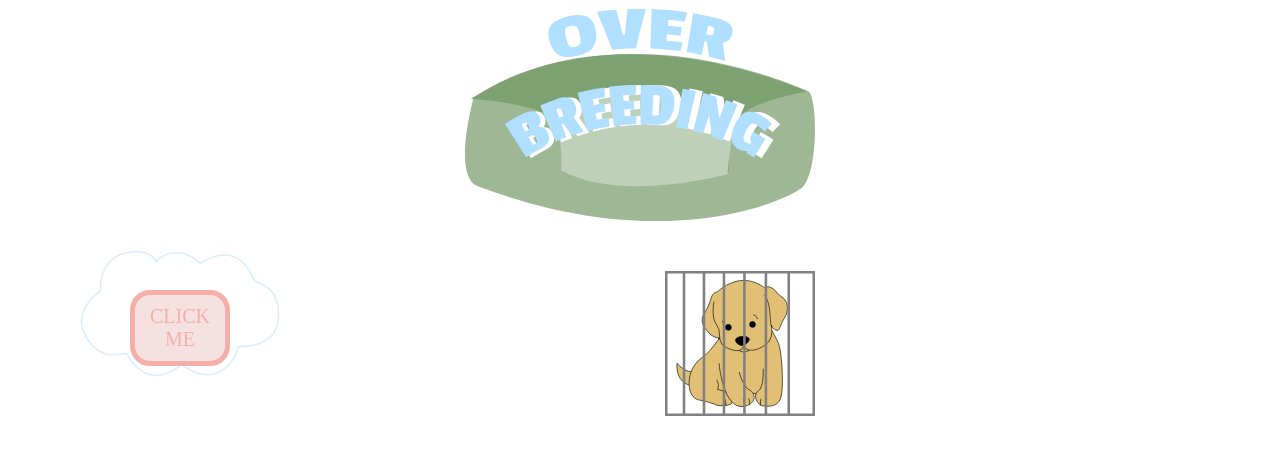
Repository: SoleilDagneau/MDIA2109Midterm
Page: index.html
An editor plug-in stored every save of this project. The page is shown before and after a run of saves, followed by the edit.
The browser window is 1280 px wide. The pictures show the whole page.
Some web fonts or font styles are not loaded; a fallback is used.

Above is the page before, as saved 2022-03-02 20:55:39.

After the next 2 saves:
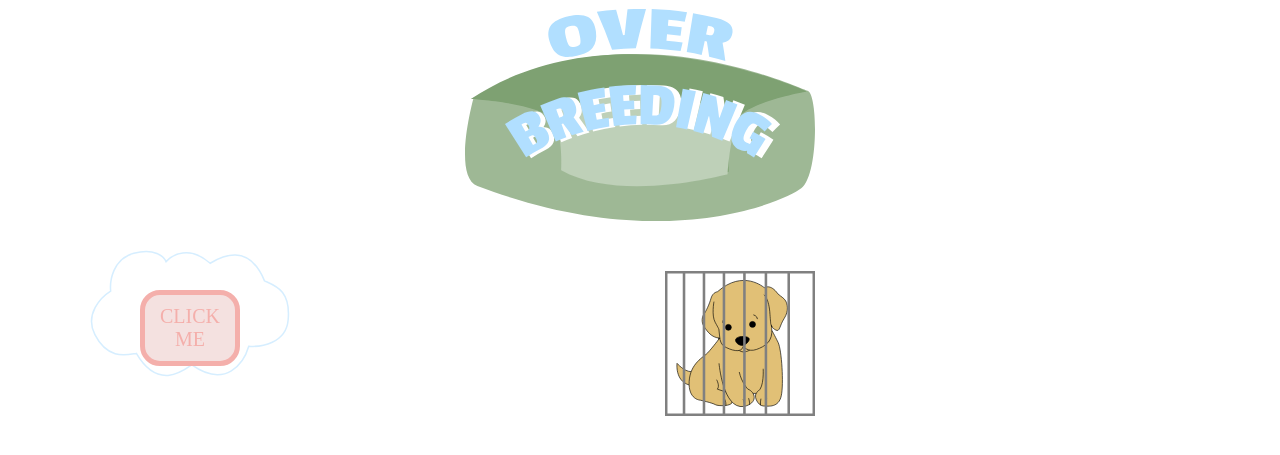
The 2 saves are shown as one change because they came seconds apart.
The last was saved 11 s later.
--- a/styles.css
+++ b/styles.css
@@ -17,5 +17,5 @@
     display: flex;
     position:absolute;
     top:250px;
-    left:80px;
+    left:90px;
 }
